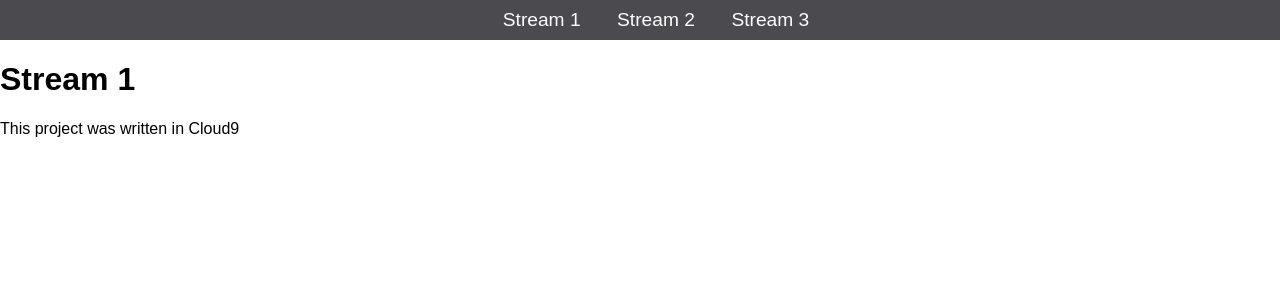
Repository: malc-u/trial
Page: Stream1.html
The author's editor kept a record of every edit. The page is drawn from the files as they stood at one moment, then again after the next edit.
The browser window is 1280 px wide. The pictures show the whole page.

Above is the page before.

### Stream1.html
<!DOCTYPE html>
<html>
  <head>
    <title>Stream 1</title>
    <link rel="stylesheet" href="CSS/style.css" type="text/css" />

  </head>

  <body>
    <nav>
      <ul>
          <li><a href= "Stream1.html">Stream 1</a></li>
          <li><a href="stream2.html">Stream 2</a></li>
          <li><a href="stream3.html">Stream 3</a></li>
      </ul>
    </nav>
      <h1>Stream 1</h1>
      <p>This project was written in Cloud9</p>

  </body>
</html>

### CSS/style.css
body {
    margin: 0;
    padding: 0;
    font-family: "Oswald", sans-serif;
}

nav ul {
    list-style: none;
    background-color: #4a4a4f;
    text-align: center;
    margin: 0;
    padding: 0;
}

nav li {
    font-size: 1.2em;
    line-height: 40px;
    height: 40px;
    display: inline-block;
    margin-left: 2.5%
}

nav a{
    text-decoration: none;
    color: #ffffff;
    display: block;
}

nav a:hover {
    background-color: #ffffff;
    color: #4a4a4f;
}

.card {
    float: left;
    width: 20%;
    margin-left: 10%
}

.card a {
    text-align: center
}

img {
    width: 100%
}

h2 {
    text-align: center
}

After the next edit:
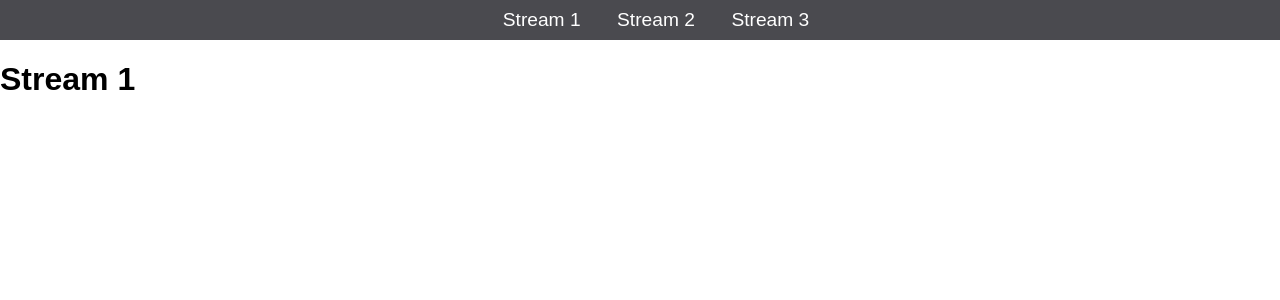
The edit:
--- a/Stream1.html
+++ b/Stream1.html
@@ -15,7 +15,10 @@
       </ul>
     </nav>
       <h1>Stream 1</h1>
-      <p>This project was written in Cloud9</p>
+      <a href=<a href="mailto:">
+        <img src=""></img>
+        <h2></h2>
+      </a>
 
   </body>
 </html>
